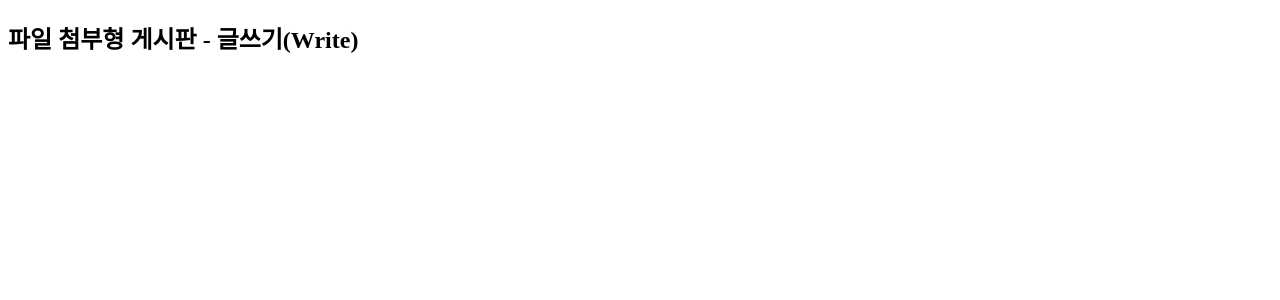
Repository: Suminmer/JSP-practice
Page: http://localhost/MustHaveJSP/mvcboard/write.do
The author's editor kept a copy of each file at every save. The page is drawn from the files as they stood at one save, then again after the next save.
The browser window is 1280 px wide. The pictures show the whole page.
The page is served by Tomcat 9. Other server files are loaded and not shown.

Above is the page before, as saved 2022-04-29 06:09:39.

### MustHaveJSP/src/main/webapp/14MVCBoard/Write.jsp
<%@ page language="java" contentType="text/html; charset=UTF-8"
    pageEncoding="UTF-8"%>
<%@ taglib prefix="c" uri="http://java.sun.com/jsp/jstl/core"%>
<!DOCTYPE html>
<html>
<head>
<meta charset="UTF-8">
<title>파일 첨부형 게시판</title>
<script type="text/javascript">
	function validateForm(form) {
		if (form.name.value == "") {
			alert("작성자를 입력하세요!");
			form.name.focus();
			return false;
		}
		if (form.title.value == "") {
			alert("제목을 입력하세요!");
			form.title.focus();
			return false;
		}
		if (form.content.value == "") {
			alert("내용을 입력하세요!");
			form.content.focus();
			return false;
		}
		if (form.pass.value == "") {
			alert("비밀번호를 입력하세요!");
			form.pass.focus();
			return false;
		}
	}
</script>
</head>
<body>
<h2>파일 첨부형 게시판 - 글쓰기(Write)</h2>

</body>
</html>

### MustHaveJSP/src/main/java/model2/mvcboard/WriteController.java
package model2.mvcboard;

import java.io.IOException;

import javax.servlet.ServletException;
import javax.servlet.http.HttpServlet;
import javax.servlet.http.HttpServletRequest;
import javax.servlet.http.HttpServletResponse;

public class WriteController extends HttpServlet {
	@Override
	protected void doGet(HttpServletRequest req, HttpServletResponse resp)
			throws ServletException, IOException {
		req.getRequestDispatcher("/14MVCBoard/Write.jsp").forward(req, resp);
	}

}

After the next save:
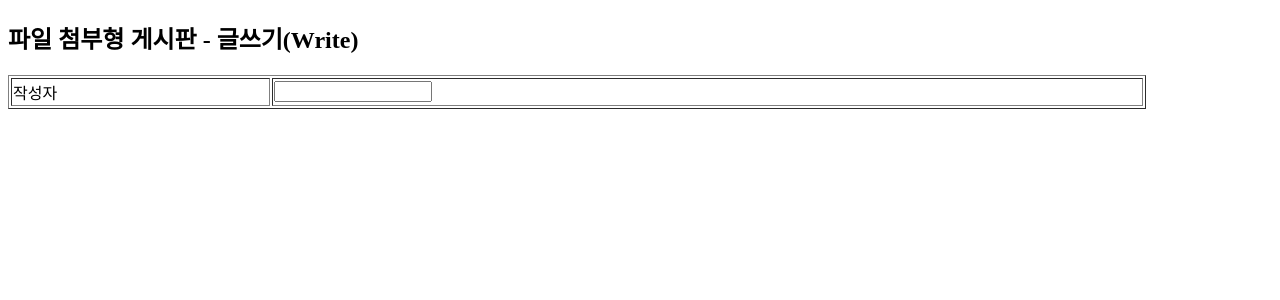
Saved 2 min 11 s later.
--- a/MustHaveJSP/src/main/webapp/14MVCBoard/Write.jsp
+++ b/MustHaveJSP/src/main/webapp/14MVCBoard/Write.jsp
@@ -32,7 +32,16 @@
 </script>
 </head>
 <body>
-<h2>파일 첨부형 게시판 - 글쓰기(Write)</h2>
+	<h2>파일 첨부형 게시판 - 글쓰기(Write)</h2>
+	<form name="writeFrm" method="post" enctype="multipart/form-data" action="../mvcboard/write.do"
+			onsubmit="return validateForm(this);">
+	<table border="1" width="90%">
+		<tr>
+			<td>작성자</td>
+			<td><input type="text" name="name" style="width: 150px;"/></td>
 
+	</table>
+
+	</form>
 </body>
 </html>
